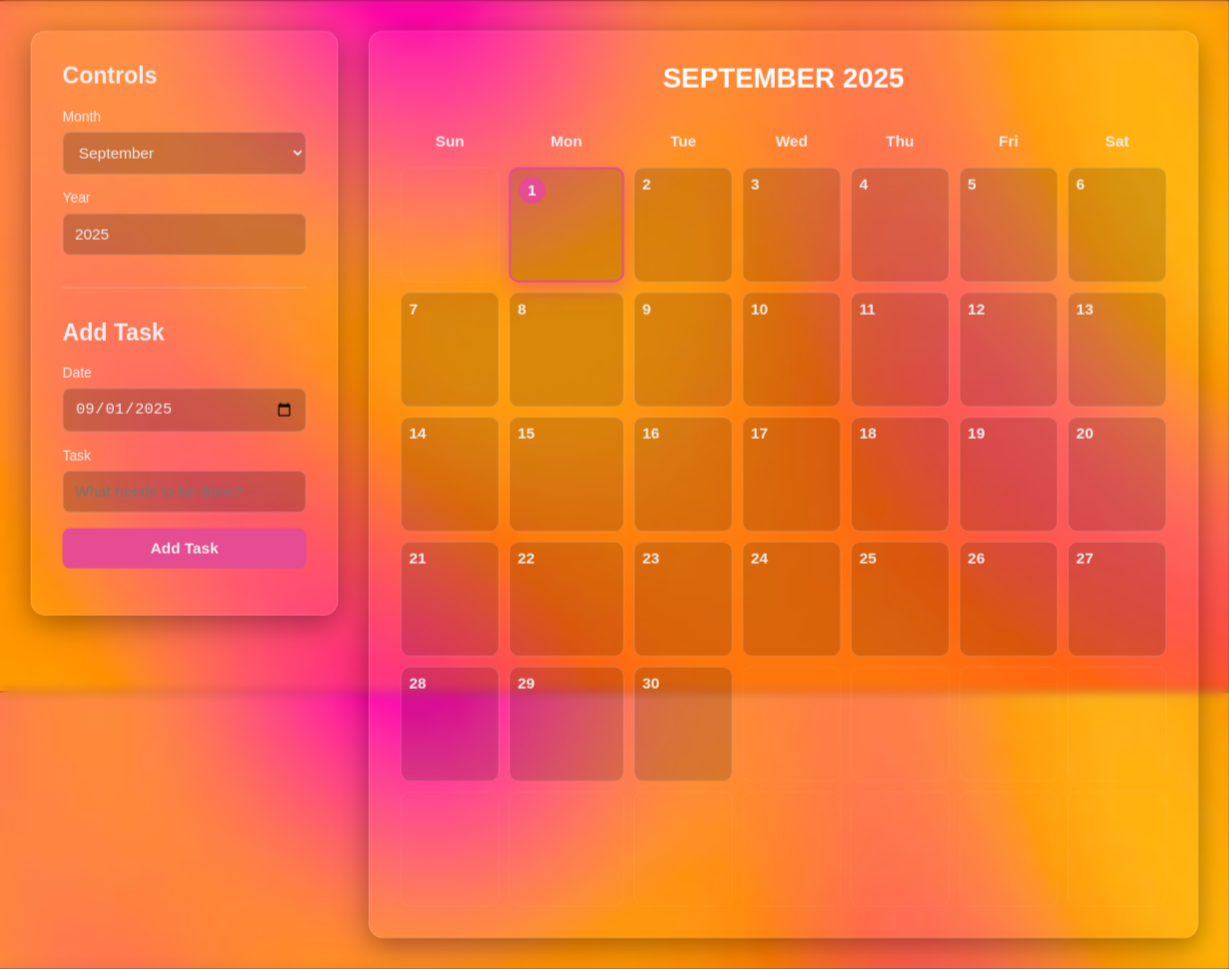
Repository: TanujaNair03/ToDo
Page: static/index.html
An editor plug-in stored every save of this project. The page is shown before and after the next save, followed by the edit.
The browser window is 1280 px wide. The pictures show the whole page, at 96% of full size.
The page's requests for data from a server got no answer. Backgrounds fixed to the window are drawn as part of the page.

Above is the page before, as saved 2025-09-01 16:45:15.

After the next save:
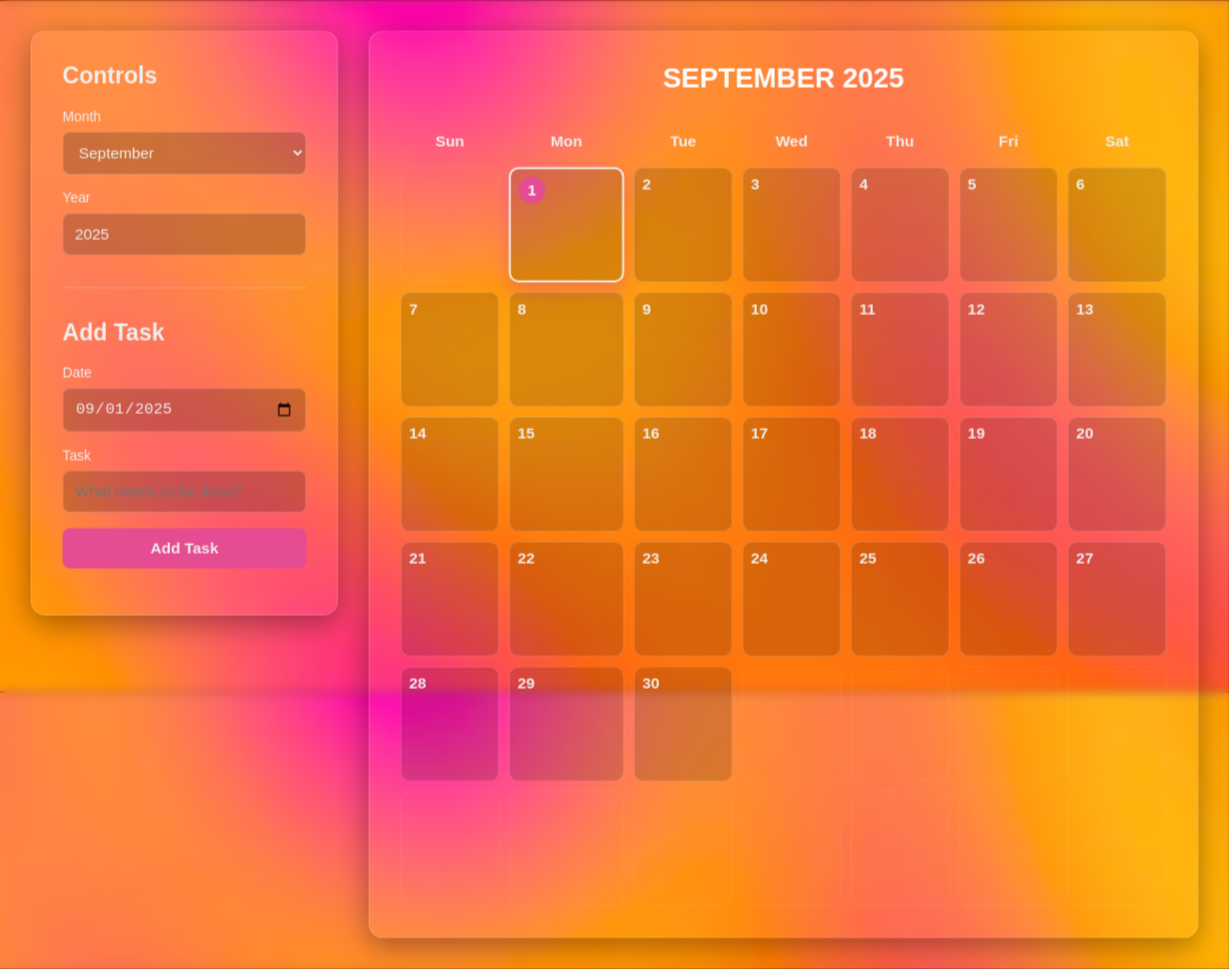
Saved 30 s later.
--- a/static/index.html
+++ b/static/index.html
@@ -119,7 +119,7 @@
             min-width: 120px;
             max-height: 200px;
             max-width: 200px;
-            border: 1px solid var(--accent-primary);
+            border: 1px solid var(--text-color);
             border-width: 2px;
             box-shadow: 0 8px 20px rgba(229, 76, 145, 0.5);
         }
